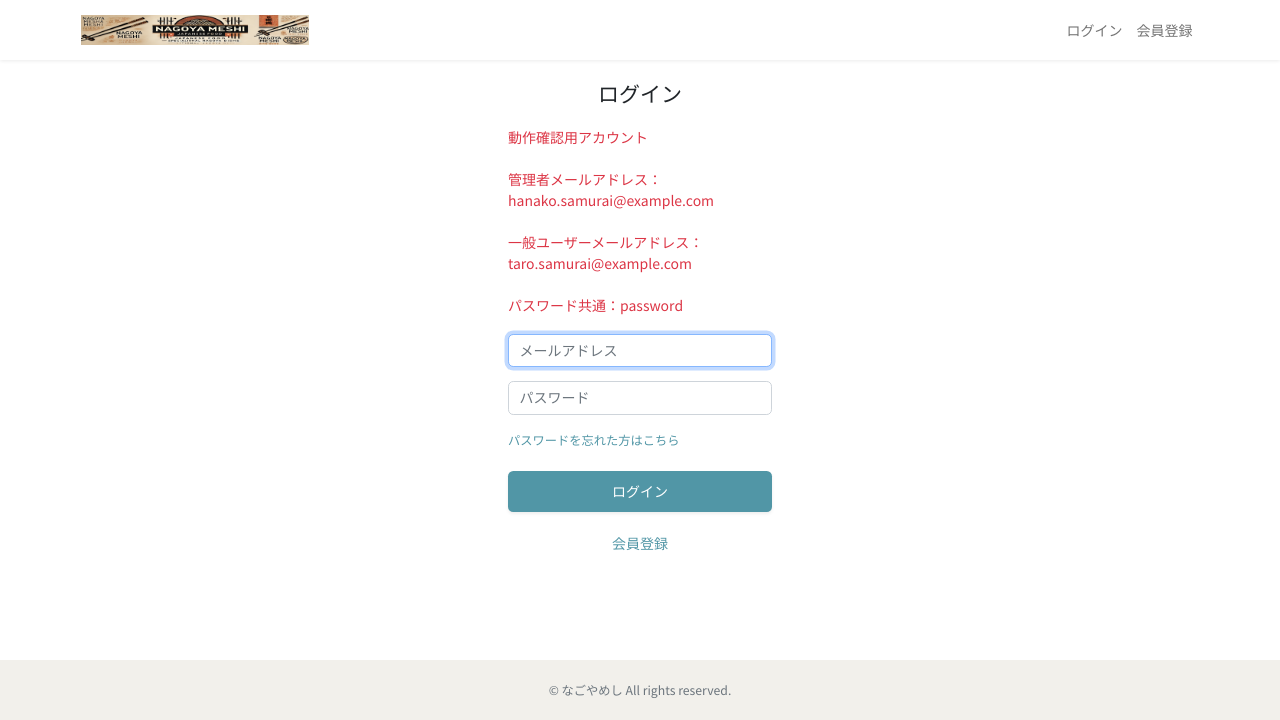
Repository: Himawasa/Nagoyameshi
Page: http://localhost/auth/login
An editor plug-in stored every save of this project. The page is shown before and after the next save, followed by the edit.
The browser window is 1280 px wide. The pictures show the whole page.
The page is this project's Thymeleaf template; nobody is signed in. The template is opened directly, without the code that normally fills it, so the values that code supplies are empty.

Above is the page before, as saved 2025-02-16 00:08:01.

### kadai_002/nagoyameshi/src/main/resources/templates/auth/login.html
<!DOCTYPE html>
<html xmlns:th="https://www.thymeleaf.org" xmlns:sec="http://www.thymeleaf.org/extras/spring-security">

<head>
	<div th:replace="~{fragment :: meta}"></div>
	<div th:replace="~{fragment :: styles}"></div>
	<title>ログイン</title>
</head>

<body>
	<div class="nagoyameshi-wrapper">
		<!-- ヘッダー -->
		<div th:replace="~{fragment :: header}"></div>

		<main>
			<div class="container pt-4 pb-5 nagoyameshi-container">
				<div class="row justify-content-center">
					<div class="col-xl-3 col-lg-4 col-md-5 col-sm-7">
						<h1 class="mb-4 text-center">ログイン</h1>

						<div class="row mb-1">
							<p class="text-danger">
								動作確認用アカウント<br><br>
								管理者メールアドレス：hanako.samurai@example.com<br><br>
								一般ユーザーメールアドレス：taro.samurai@example.com<br><br>
								パスワード共通：password<br>
							</p>
						</div>

						<div th:if="${param.error}" class="alert alert-danger">
							メールアドレスまたはパスワードが正しくありません。
						</div>

						<form th:action="@{/login}" method="post">
							<div class="form-group mb-3">
								<input type="text" class="form-control" name="username" autocomplete="email"
									placeholder="メールアドレス" autofocus>
							</div>
							<div class="form-group mb-3">
								<input type="password" class="form-control" name="password" autocomplete="new-password"
									placeholder="パスワード">
							</div>

							<div class="form-group mb-3">
								<a th:href="@{/resetPassword}" class="small">
									パスワードを忘れた方はこちら
								</a>
							</div>

							<div class="form-group d-flex justify-content-center my-4">
								<button type="submit"
									class="btn text-white shadow-sm w-100 nagoyameshi-btn">ログイン</button>
							</div>
						</form>

						<div class="text-center">
							<a th:href="@{/signup}">
								会員登録
							</a>
						</div>
					</div>
				</div>
			</div>
		</main>

		<!-- フッター -->
		<div th:replace="~{fragment :: footer}"></div>
	</div>

	<div th:replace="~{fragment :: scripts}"></div>
</body>

</html>

### kadai_002/nagoyameshi/src/main/resources/templates/fragment.html
<!DOCTYPE html>
<html xmlns:th="https://www.thymeleaf.org" xmlns:sec="http://www.thymeleaf.org/extras/spring-security">

<head>
	<!-- meta要素の部品化 -->
	<div th:fragment="meta" th:remove="tag">
		<meta charset="UTF-8">
		<meta name="viewport" content="width=device-width, initial-scale=1">
	</div>

	<!-- link要素の部品化 -->
	<div th:fragment="styles" th:remove="tag">
		<!-- Bootstrap -->
		<link href="https://cdn.jsdelivr.net/npm/bootstrap@5.2.3/dist/css/bootstrap.min.css" rel="stylesheet"
			integrity="sha384-rbsA2VBKQhggwzxH7pPCaAqO46MgnOM80zW1RWuH61DGLwZJEdK2Kadq2F9CUG65" crossorigin="anonymous">

		<!-- Google Fonts -->
		<link rel="preconnect" href="https://fonts.googleapis.com">
		<link rel="preconnect" href="https://fonts.gstatic.com" crossorigin>
		<link href="https://fonts.googleapis.com/css2?family=Noto+Sans+JP:wght@400;500&display=swap" rel="stylesheet">

		<link th:href="@{/css/style.css}" rel="stylesheet">
	</div>

	<title>部品化用のHTMLファイル</title>
</head>

<body>
	<!-- ヘッダーの部品化 -->
	<div th:fragment="header" th:remove="tag">
		<nav class="navbar navbar-expand-md navbar-light bg-white shadow-sm nagoyameshi-navbar">
			<div class="container nagoyameshi-container">
				<a class="navbar-brand" th:href="@{/}">
					<img class="nagoyameshi-logo me-1" th:src="@{/images/logo.png}" alt="なごやめし">
				</a>

				<button class="navbar-toggler" type="button" data-bs-toggle="collapse"
					data-bs-target="#navbarSupportedContent">
					<span class="navbar-toggler-icon"></span>
				</button>

				<div class="collapse navbar-collapse" id="navbarSupportedContent">
					<ul class="navbar-nav ms-auto">
						<!-- 未ログインであれば表示する -->
						<li class="nav-item" sec:authorize="isAnonymous()">
							<a class="nav-link" th:href="@{/login}">ログイン</a>
						</li>
						<li class="nav-item" sec:authorize="isAnonymous()">
							<a class="nav-link" th:href="@{/signup}">会員登録</a>
						</li>

						<!-- ログイン済みであれば表示する -->
						<li class="nav-item dropdown" sec:authorize="hasRole('ROLE_GENERAL') || hasRole('ROLE_MEMBER')">
							<a class="nav-link dropdown-toggle" href="#" role="button" data-bs-toggle="dropdown">
								<span sec:authentication="principal.user.name"></span>
							</a>
							<div class="dropdown-menu dropdown-menu-end">
								<a class="dropdown-item nagoyameshi-dropdown-item" th:href="@{/user}">マイページ</a>
								<a class="dropdown-item nagoyameshi-dropdown-item" th:href="@{/reservations}" sec:authorize="hasRole('ROLE_MEMBER')">予約一覧</a>
								<a class="dropdown-item nagoyameshi-dropdown-item" th:href="@{/favorites}" sec:authorize="hasRole('ROLE_MEMBER')">お気に入り</a>
								<div class="dropdown-divider"></div>
								<a class="dropdown-item nagoyameshi-dropdown-item" th:href="@{/logout}"
									onclick="event.preventDefault(); document.getElementById('logout-form').submit();">
									ログアウト
								</a>
								<form class="d-none" id="logout-form" th:action="@{/logout}" method="post"></form>
							</div>
						</li>

						<!-- 管理者の場合 -->
						<li class="nav-item dropdown" sec:authorize="hasRole('ROLE_ADMIN')">
							<a id="navbarDropdownAdmin" class="nav-link dropdown-toggle" href="#" role="button"
								data-bs-toggle="dropdown" aria-haspopup="true" aria-expanded="false">
								管理メニュー
							</a>
							<div class="dropdown-menu dropdown-menu-end">
								<a class="dropdown-item nagoyameshi-dropdown-item" th:href="@{/admin/users}">ユーザー管理</a>
								<a class="dropdown-item nagoyameshi-dropdown-item" th:href="@{/admin/shops}">店舗管理</a>
								<a class="dropdown-item nagoyameshi-dropdown-item" th:href="@{/admin/category}">カテゴリ管理</a>
								<div class="dropdown-divider"></div>
								<a class="dropdown-item nagoyameshi-dropdown-item" th:href="@{/logout}"
									onclick="event.preventDefault(); document.getElementById('logout-form').submit();">
									ログアウト
								</a>
								<form class="d-none" id="logout-form" th:action="@{/logout}" method="post"></form>
							</div>
						</li>
					</ul>
				</div>
			</div>
		</nav>
	</div>

	<!-- フッターの部品化 -->
	<div th:fragment="footer">
		<footer>
			<div class="d-flex justify-content-center align-items-center h-100">
				<p class="text-center text-muted small mb-0">&copy; なごやめし All rights reserved.</p>
			</div>
		</footer>
	</div>

	<!-- JSスクリプトの部品化 -->
	<div th:fragment="scripts">
		<script src="https://cdn.jsdelivr.net/npm/bootstrap@5.2.3/dist/js/bootstrap.bundle.min.js"></script>
	</div>
</body>

</html>

### kadai_002/nagoyameshi/src/main/resources/static/css/style.css
html {
  font-size: 14px;
}

body {
  font-family: 'Noto Sans JP', sans-serif;
}

.nagoyameshi-btn {
    display: inline-block; /* ボタンが表示されるように */
    background-color: #5196a6 !important;
    color: white !important;
    border: none;
    padding: 10px 20px;
    text-align: center;
    font-size: 1rem;
    cursor: pointer;
    transition: 0.1s;
}

.nagoyameshi-btn:hover {
    opacity: 0.8;
}



h1 {
  font-size: 1.5rem;
}

h2 {
  font-size: 1.475rem;
}

h3 {
  font-size: 1.25rem;
}

a {
  color: #5196a6;
  text-decoration: none !important;
}

a:hover {
    color: #407784;
}

footer {
  width: 100%;
  height: 60px;
  position: absolute;
  bottom: 0;
  background-color: #f2f0eb;
}

.nagoyameshi-wrapper {
  min-height: 100vh;
  position: relative;
  padding-bottom: 60px;
  box-sizing: border-box;
}

.nagoyameshi-navbar {
  min-height: 60px;
}

.nagoyameshi-logo {
  height: 30px;
}

.nagoyameshi-btn {
  background-color: #5196a6 !important;
  transition: 0.1s;
}

.nagoyameshi-btn:hover {
  opacity: 0.8;
}

.nagoyameshi-page-link {
  color: #5196a6;
}

.nagoyameshi-page-link:hover {
  color: #407784;
}

.nagoyameshi-active {
  background-color: #5196a6 !important;
  border-color: #5196a6 !important;
}

.nagoyameshi-pre-wrap {
  /* 改行文字で行を折り返す */
  white-space: pre-wrap;
}

.nagoyameshi-link-danger {
    color: #f2594b;
}

.nagoyameshi-link-danger:hover {
    color: #a63c3c;
}

.nagoyameshi-btn-danger {
    background-color: #f2594b !important;
    transition: 0.1s;
}

.nagoyameshi-btn-danger:hover {
  opacity: 0.8;
}

.nagoyameshi-dropdown-item:active {
  background-color: #5196a6;
}

.nagoyameshi-card-link {
  transition: 0.3s;
}

.nagoyameshi-card-link:hover {
  opacity: 0.7;
}

.nagoyameshi-horizontal-card-image {
  width: 100%;
  height: 240px;
  object-fit: cover;
}

.nagoyameshi-sort-box {
  width: 150px;
}

.nagoyameshi-vertical-card-image {
  width: 100%;
  height: 150px;
  object-fit: cover;
}

.nagoyameshi-search-form {
    max-width: 300px;
}

@media screen and (min-width: 1400px) {
  .nagoyameshi-container {
    max-width: 1200px;
  }
}

After the next save:
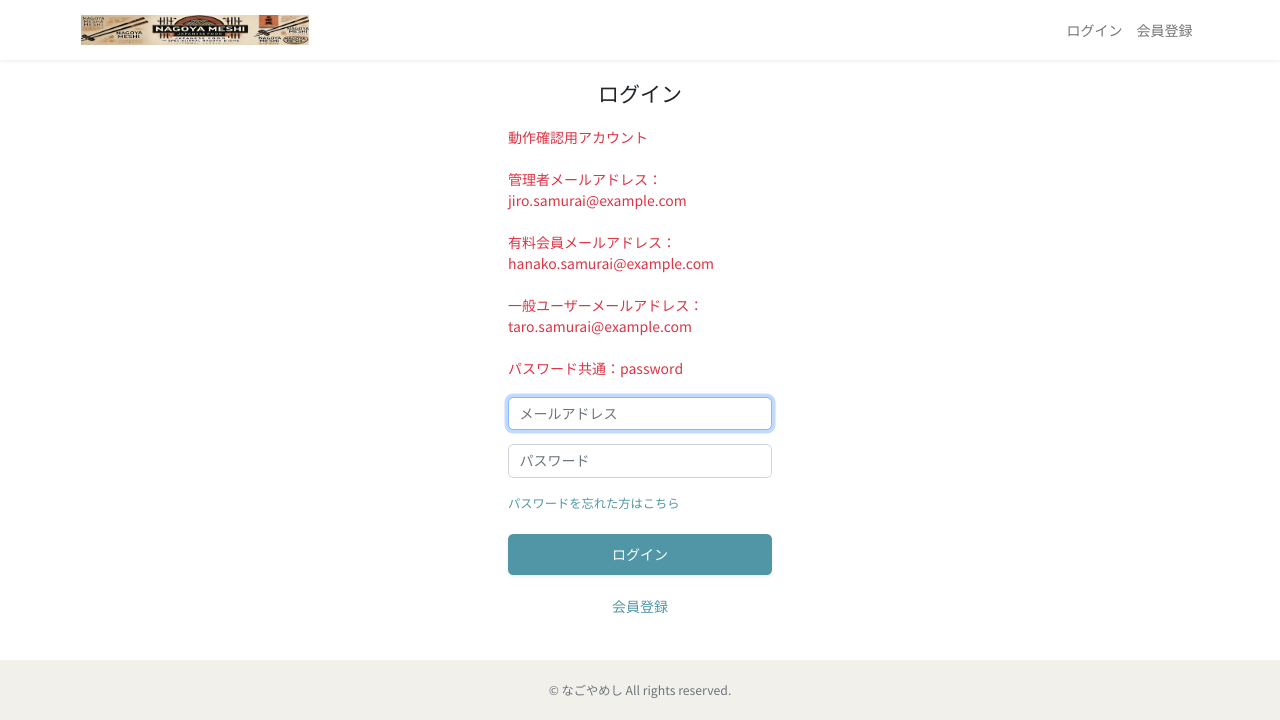
Saved 3 min 6 s later.
--- a/kadai_002/nagoyameshi/src/main/resources/templates/auth/login.html
+++ b/kadai_002/nagoyameshi/src/main/resources/templates/auth/login.html
@@ -21,7 +21,8 @@
 						<div class="row mb-1">
 							<p class="text-danger">
 								動作確認用アカウント<br><br>
-								管理者メールアドレス：hanako.samurai@example.com<br><br>
+								管理者メールアドレス：jiro.samurai@example.com<br><br>
+								有料会員メールアドレス：hanako.samurai@example.com<br><br>
 								一般ユーザーメールアドレス：taro.samurai@example.com<br><br>
 								パスワード共通：password<br>
 							</p>
